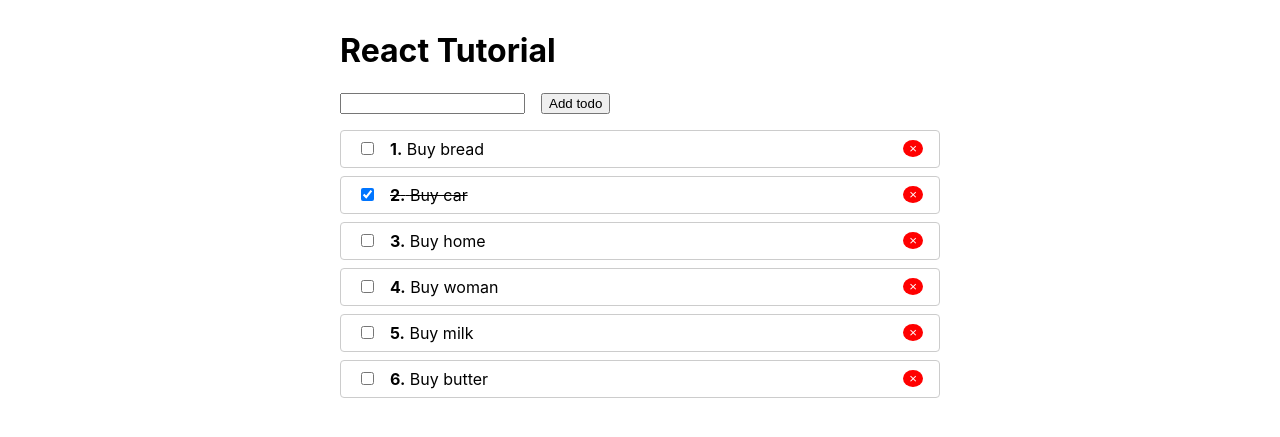
Repository: GregorPiev/rorganizer
Page: /
An editor plug-in stored every save of this project. The page is shown before and after a run of saves, followed by the edit.
The browser window is 1280 px wide. The pictures show the whole page.
The page's requests for data from a server got no answer. The project was rebuilt for these pictures with package versions that can differ from the ones it lists, and the page was loaded fresh each time. No one was signed in, and anything a server would have sent is missing.

Above is the page before, as saved 2020-08-22 15:41:40.

After the next 2 saves:
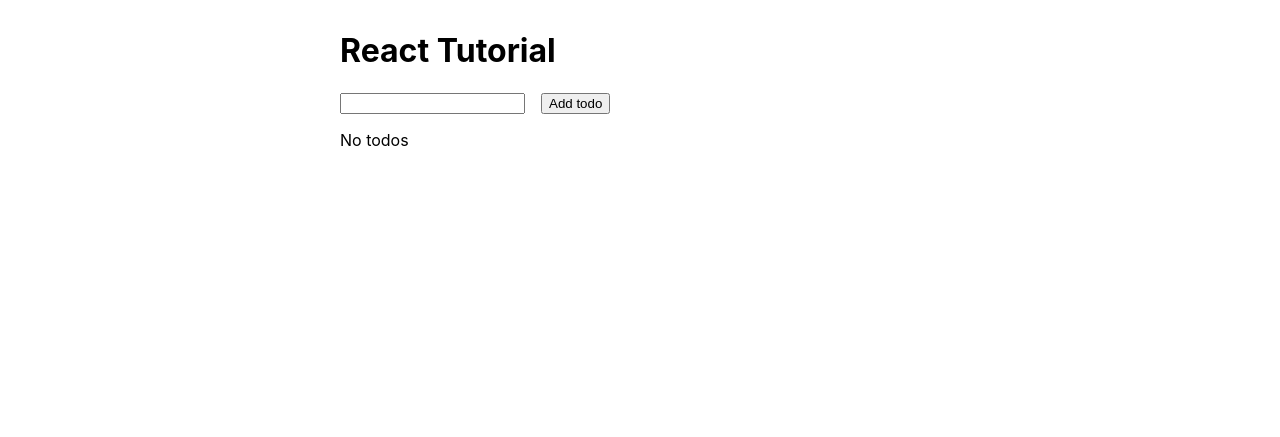
The 2 saves are shown as one change because 1 did not build or start.
The last was saved 45 s later.
--- a/src/App.js
+++ b/src/App.js
@@ -4,14 +4,7 @@ import Context from './context';
 import AddToDo from './Todo/AddTodo/AddTodo';
 
 function App() {
-  const [todos, setTodos] = React.useState([
-    { id: 1, completed: false, title: 'Buy bread' },
-    { id: 2, completed: true, title: 'Buy car' },
-    { id: 3, completed: false, title: 'Buy home' },
-    { id: 4, completed: false, title: 'Buy woman' },
-    { id: 5, completed: false, title: 'Buy milk' },
-    { id: 6, completed: false, title: 'Buy butter' },
-  ])
+  const [todos, setTodos] = React.useState([])
 
   useEffect(() => {
     fetch('https://jsonplaceholder.typicode.com/todos?_limit=10')
